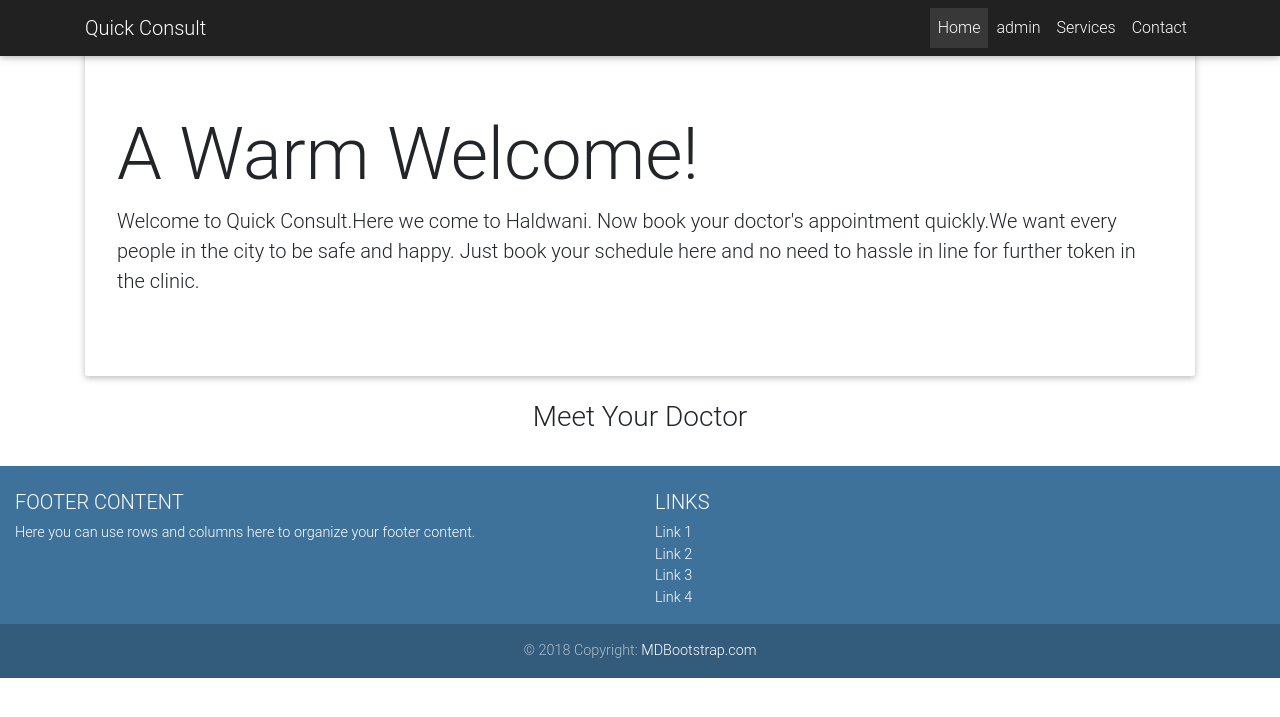
Repository: yogz-joshi/quick_consult
Page: http://localhost/
The author's editor kept a record of every edit. The page is drawn from the files as they stood at one moment, then again after the next edit.
The browser window is 1280 px wide. The pictures show the whole page.
Some web libraries are served in a nearby version. The page is served by the project's Node server (work/v2/app.js). Queries for data that is not in the repository find no rows.

Above is the page before.

After the next edit:
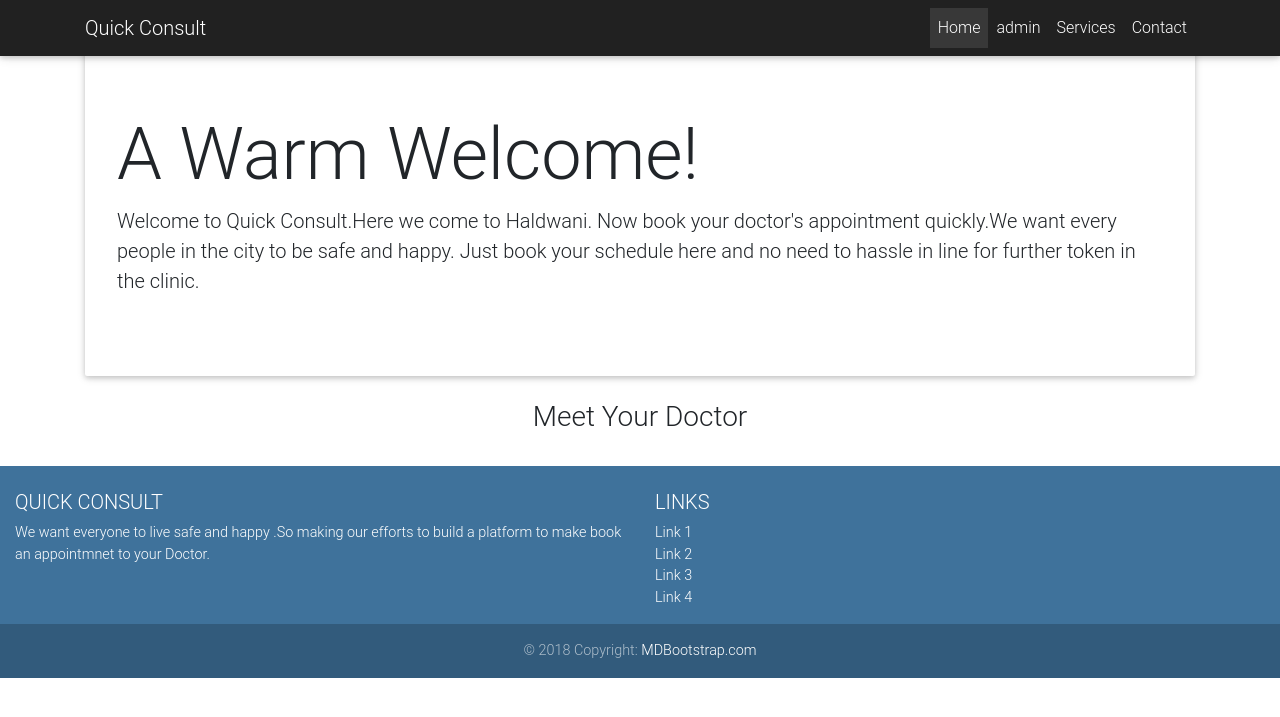
The edit:
--- a/work/v2/views/partials/footer.ejs
+++ b/work/v2/views/partials/footer.ejs
@@ -8,8 +8,8 @@
 
             <!--First column-->
             <div class="col-md-6">
-                <h5 class="text-uppercase">Footer Content</h5>
-                <p>Here you can use rows and columns here to organize your footer content.</p>
+                <h5 class="text-uppercase">QUICK CONSULT</h5>
+                <p>We want everyone to live safe and happy .So making our efforts to build a platform to make book an appointmnet to your Doctor.</p>
             </div>
             <!--/.First column-->
 
